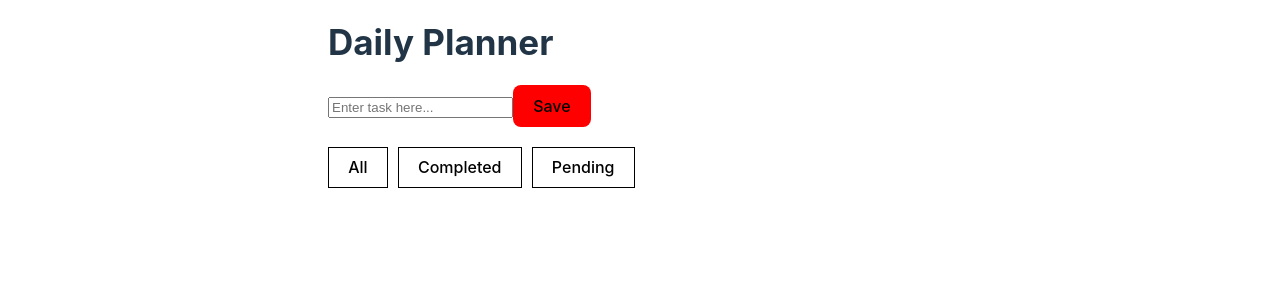
Repository: leslie179/lab4
Page: / (app in lab4/)
An editor plug-in stored every save of this project. The page is shown before and after the next save, followed by the edit.
The browser window is 1280 px wide. The pictures show the whole page.
The project was rebuilt for these pictures with package versions that can differ from the ones it lists, and the page was loaded fresh each time. Also part of the build but not shown: lab4/vite.config.js, lab4/src/components/Task.jsx.

Above is the page before, as saved 2024-10-27 18:24:51.

### lab4/src/App.jsx
import { useState } from 'react'
import './App.css'

import Task from './components/Task'
import TaskForm from './components/TaskForm'

function App() {
  const [tasks, setTasks] = useState([])
  const [filter, setFilter] = useState("All")
  return (
    <div>
      <h1>Daily Planner</h1>
      <TaskForm setTasks={setTasks}/>
      <button className="filter-button" onClick={() => setFilter("All")}>All</button>
      <button className="filter-button" onClick={() => setFilter("Completed")}>Completed</button>
      <button className="filter-button" onClick={() => setFilter("Pending")}>Pending</button>
      <ul>
        {tasks && tasks.filter((task) => {
          if (filter === "All") {
            return true
          } else if (filter === "Completed") {
            return task.completed
          } else if (filter === "Pending") {
            return !task.completed
          }

          return true // not really necessary
        }).map((task, i) => {
          return <Task task={task} setTasks={setTasks} index={i} />
        })}
      </ul>

    </div>
  )
}

export default App

### lab4/src/App.css
#root {
  max-width: 1280px;
  text-align: left;
  padding-left: 20rem;
}

h1{
  font-size: 35px;
}

.filter-button{
  border: 1px solid black;
  background-color: white;
  margin-right: 10px;
  margin-top: 20px;
  border-radius: 0px;
}

.save{
  background-color: red;
}

.read-the-docs {
  color: #888;
}

### lab4/src/components/TaskForm.jsx
import { useState } from "react"

function TaskForm({ setTasks }) {
    const [currentTask, setCurrentTask] = useState()
    const save = () => {
        setTasks((currentTasks) => { // trick to get current state
            // im just naming it tmp for temporary
            const tmpTasks = [...currentTasks] // deep copy (tmpTasks is just a copy of currentTasks cause you cant just copy an array)
            tmpTasks.push({ task: currentTask, completed: false })
            return tmpTasks
        })
        setCurrentTask("")
    }
    // the onChange is a function that runs everytime the input text changes
    // everytime the input text changes update the state with the value of the text input
    return <div>
        <input type="text" onChange={(e) => setCurrentTask(e.target.value)} placeholder="Enter task here..."/>
        <button className="save" onClick={() => save()}>Save</button>
    </div>
}

export default TaskForm

Loaded but not shown: lab4/index.html (common file); lab4/src/main.jsx (common file); lab4/src/index.css (common file)

After the next save:
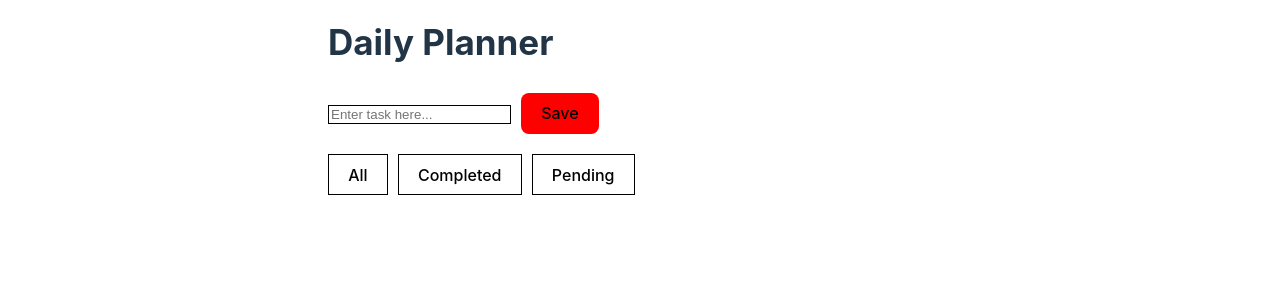
Saved 16 s later.
--- a/lab4/src/components/TaskForm.jsx
+++ b/lab4/src/components/TaskForm.jsx
@@ -14,7 +14,7 @@
     // the onChange is a function that runs everytime the input text changes
     // everytime the input text changes update the state with the value of the text input
     return <div>
-        <input type="text" onChange={(e) => setCurrentTask(e.target.value)} placeholder="Enter task here..."/>
+        <input className="filter-button" type="text" onChange={(e) => setCurrentTask(e.target.value)} placeholder="Enter task here..."/>
         <button className="save" onClick={() => save()}>Save</button>
     </div>
 }

After the save that followed:
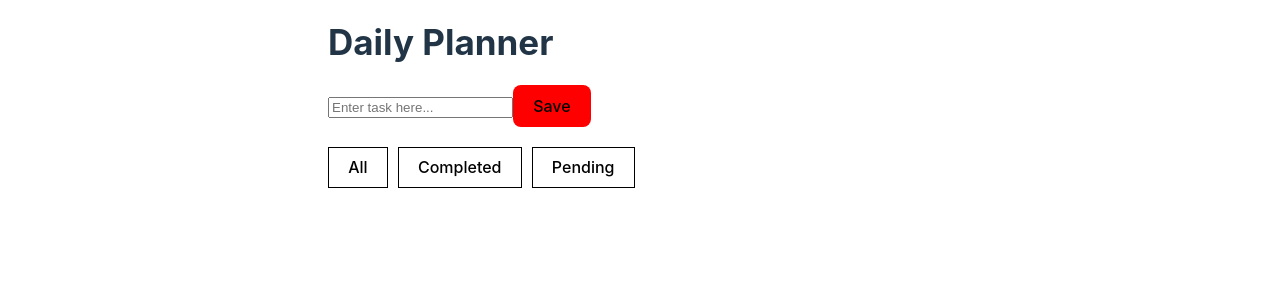
Saved 4 s later.
--- a/lab4/src/components/TaskForm.jsx
+++ b/lab4/src/components/TaskForm.jsx
@@ -14,7 +14,7 @@
     // the onChange is a function that runs everytime the input text changes
     // everytime the input text changes update the state with the value of the text input
     return <div>
-        <input className="filter-button" type="text" onChange={(e) => setCurrentTask(e.target.value)} placeholder="Enter task here..."/>
+        <input className="input" type="text" onChange={(e) => setCurrentTask(e.target.value)} placeholder="Enter task here..."/>
         <button className="save" onClick={() => save()}>Save</button>
     </div>
 }
